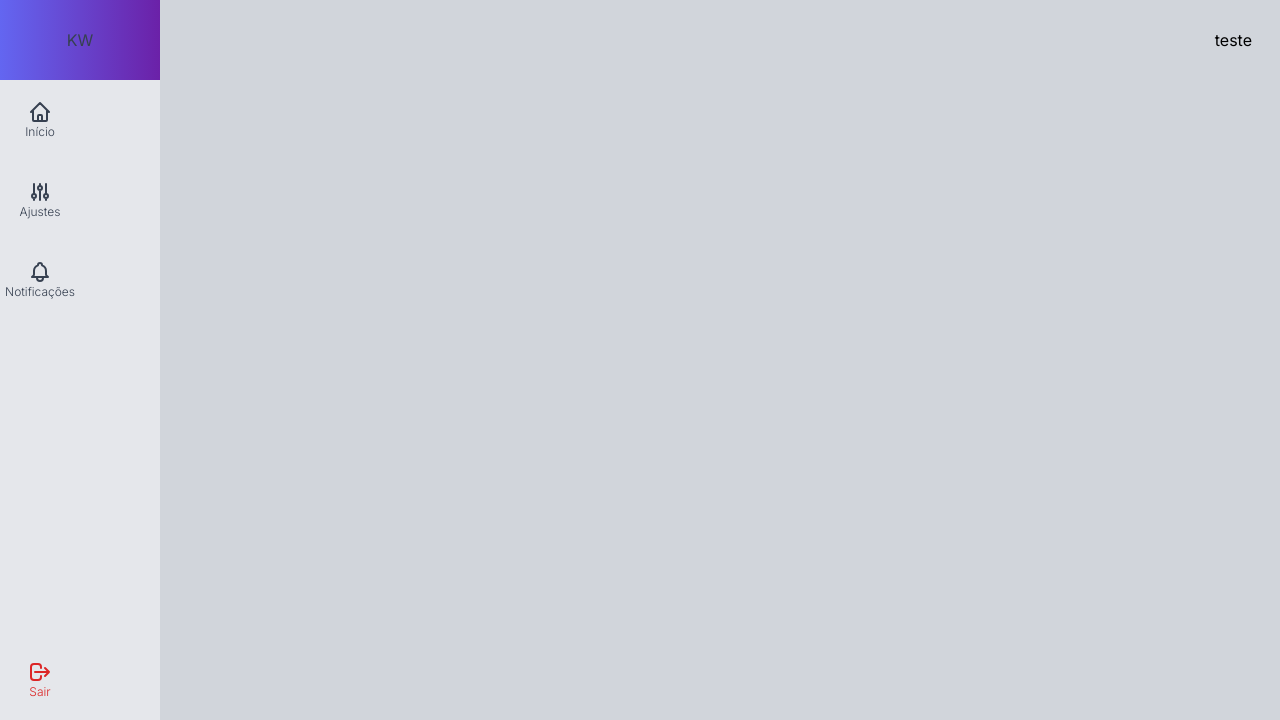
Repository: KennedyWanderson/AdminDashboard
Page: / (app in Code/admindashboard/)
An editor plug-in stored every save of this project. The page is shown before and after the next save, followed by the edit.
The browser window is 1280 px wide. The pictures show the whole page.
The project was rebuilt for these pictures with package versions that can differ from the ones it lists, and the page was loaded fresh each time. The framework's server and built-in components were replaced by stand-ins that run in the browser. Also part of the build but not shown: Code/admindashboard/next.config.mjs.

Above is the page before, as saved 2024-06-16 16:08:47.

### Code/admindashboard/src/app/layout.js
import { Inter } from "next/font/google";
import "./globals.css";

const inter = Inter({ subsets: ["latin"] });

export const metadata = {
  title: "Admin Dashboard",
  description: "Generated by Kennedy Wanderson",
};

export default function RootLayout({ children }) {
  return (
    <html lang="en">
      <body className={inter.className}>{children}</body>
    </html>
  );
}

### Code/admindashboard/src/app/page.js
import Layout from "@/components/Layout";

export default function Home() {
  return (
    <Layout>
      Content
    </Layout>
  )
}

### Code/admindashboard/src/components/Layout.jsx
import Header from "./Header";
import LateralMenu from "./LateralMenu";


export default function Layout() {

    return (

            <div className={` flex h-screen w-screen`}>
                <LateralMenu />
                <div className={`
                flex flex-col w-full p-7
                bg-gray-300 dark:bg-gray-800
            `}>
                <Header />

                </div>
            </div>
    )
}

### Code/admindashboard/src/components/Header.jsx

import { IconeAtencao } from './icons'



export default function Header({ titulo, subtitulo }) {


    return (
        <div className={`flex`}>
            <div>
                <h1 className={`
                font-black text-3xl
                text-gray-900 dark:text-gray-100
            `}>
                    {titulo}
                </h1>
                <h2 className={`
                font-light text-sm
                dark:text-gray-300
            `}>
                    {subtitulo}
                </h2>
            </div>
            <div className={`flex flex-grow justify-end items-center`}>
                teste
            </div>
        </div>
    )
}

### Code/admindashboard/src/components/LateralMenu.jsx
import MenuItem from "./ItemMenu";
import { IconeAjustes, IconeCasa, IconeSair, IconeSino } from "./icons"




export default function LateralMenu() {


    return (
        <aside className={`
            flex flex-col
            bg-gray-200 text-gray-700
            dark:bg-gray-900
        `}>
            <div className={`
                flex flex-col items-center justify-center
                bg-gradient-to-r from-indigo-500 to-purple-800
                h-20 w-40
            `}>
                KW
            </div>
            <ul className="flex-grow">
                <MenuItem url="/" texto="Início" icone={IconeCasa} />
                <MenuItem url="/ajustes" texto="Ajustes" icone={IconeAjustes} />
                <MenuItem url="/notificacoes" texto="Notificações" icone={IconeSino} />
            </ul>
            <ul>
                <MenuItem
                    texto="Sair" icone={IconeSair}
                    className={`
                        text-red-600 dark:text-red-400
                        hover:bg-red-400 hover:text-white
                        dark:hover:text-white
                    `}
                />
            </ul>
        </aside>
    )
}

### Code/admindashboard/src/components/icons/index.jsx
// Pra mais icones acessar... https://heroicons.com/

export const IconeCasa = (
    <svg xmlns="http://www.w3.org/2000/svg" className="h-6 w-6" fill="none" viewBox="0 0 24 24" stroke="currentColor">
        <path strokeLinecap="round" strokeLinejoin="round" strokeWidth={2} d="M3 12l2-2m0 0l7-7 7 7M5 10v10a1 1 0 001 1h3m10-11l2 2m-2-2v10a1 1 0 01-1 1h-3m-6 0a1 1 0 001-1v-4a1 1 0 011-1h2a1 1 0 011 1v4a1 1 0 001 1m-6 0h6" />
    </svg>
)

export const IconeAjustes = (
    <svg xmlns="http://www.w3.org/2000/svg" className="h-6 w-6" fill="none" viewBox="0 0 24 24" stroke="currentColor">
        <path strokeLinecap="round" strokeLinejoin="round" strokeWidth={2} d="M12 6V4m0 2a2 2 0 100 4m0-4a2 2 0 110 4m-6 8a2 2 0 100-4m0 4a2 2 0 110-4m0 4v2m0-6V4m6 6v10m6-2a2 2 0 100-4m0 4a2 2 0 110-4m0 4v2m0-6V4" />
    </svg>
)

export const IconeSino = (
    <svg xmlns="http://www.w3.org/2000/svg" className="h-6 w-6" fill="none" viewBox="0 0 24 24" stroke="currentColor">
        <path strokeLinecap="round" strokeLinejoin="round" strokeWidth={2} d="M15 17h5l-1.405-1.405A2.032 2.032 0 0118 14.158V11a6.002 6.002 0 00-4-5.659V5a2 2 0 10-4 0v.341C7.67 6.165 6 8.388 6 11v3.159c0 .538-.214 1.055-.595 1.436L4 17h5m6 0v1a3 3 0 11-6 0v-1m6 0H9" />
    </svg>
)

export const IconeSair = (
    <svg xmlns="http://www.w3.org/2000/svg" className="h-6 w-6" fill="none" viewBox="0 0 24 24" stroke="currentColor">
        <path strokeLinecap="round" strokeLinejoin="round" strokeWidth={2} d="M17 16l4-4m0 0l-4-4m4 4H7m6 4v1a3 3 0 01-3 3H6a3 3 0 01-3-3V7a3 3 0 013-3h4a3 3 0 013 3v1" />
    </svg>
)

export const IconeSol = (tamanho = 6) => (
    <svg xmlns="http://www.w3.org/2000/svg" className={`h-${tamanho} w-${tamanho}`} fill="none" viewBox="0 0 24 24" stroke="currentColor">
        <path strokeLinecap="round" strokeLinejoin="round" strokeWidth={2} d="M12 3v1m0 16v1m9-9h-1M4 12H3m15.364 6.364l-.707-.707M6.343 6.343l-.707-.707m12.728 0l-.707.707M6.343 17.657l-.707.707M16 12a4 4 0 11-8 0 4 4 0 018 0z" />
    </svg>
)

export const IconeLua = (tamanho = 6) => (
    <svg xmlns="http://www.w3.org/2000/svg" className={`h-${tamanho} w-${tamanho}`} fill="none" viewBox="0 0 24 24" stroke="currentColor">
        <path strokeLinecap="round" strokeLinejoin="round" strokeWidth={2} d="M20.354 15.354A9 9 0 018.646 3.646 9.003 9.003 0 0012 21a9.003 9.003 0 008.354-5.646z" />
    </svg>
)

export const IconeAtencao = (tamanho = 1) => (
    <svg xmlns="http://www.w3.org/2000/svg" className={`h-${tamanho} w-${tamanho}`} fill="none" viewBox="0 0 24 24" stroke="currentColor">
        <path strokeLinecap="round" strokeLinejoin="round" strokeWidth={2} d="M12 9v2m0 4h.01m-6.938 4h13.856c1.54 0 2.502-1.667 1.732-3L13.732 4c-.77-1.333-2.694-1.333-3.464 0L3.34 16c-.77 1.333.192 3 1.732 3z" />
    </svg>
)

### Code/admindashboard/src/components/ItemMenu.jsx

export default function MenuItem({ texto, icone, url, className, onClick }) {
    function renderizarLink() {
        return (
            <div className={`
                flex flex-col justify-center items-center
                h-20 w-20
                dark:text-gray-200
                ${className}
            `}>
                {icone}
                <span className="text-xs font-light">
                    {texto}
                </span>
            </div>
        );
    }

    return (
        <li
            onClick={onClick}
            className={`
                hover:bg-gray-100 dark:hover:bg-gray-800
                cursor-pointer
            `}
        >
            {url ? (
                <a href={url}>
                    {renderizarLink()}
                </a>
            ) : (
                renderizarLink()
            )}
        </li>
    );
}

Loaded but not shown: Code/admindashboard/src/app/globals.css (common file); Code/admindashboard/tailwind.config.js (common file)

After the next save:
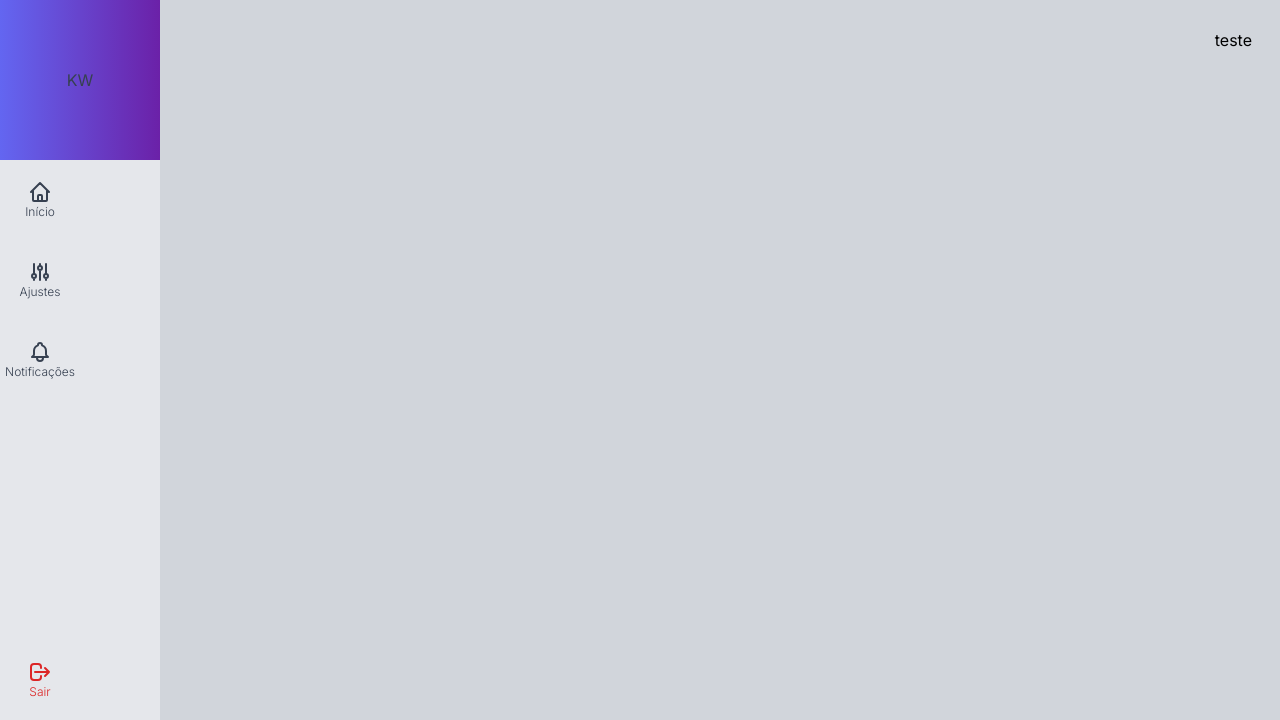
Saved 7 s later.
--- a/Code/admindashboard/src/components/LateralMenu.jsx
+++ b/Code/admindashboard/src/components/LateralMenu.jsx
@@ -16,7 +16,7 @@ export default function LateralMenu() {
             <div className={`
                 flex flex-col items-center justify-center
                 bg-gradient-to-r from-indigo-500 to-purple-800
-                h-20 w-40
+                h-40 w-40
             `}>
                 KW
             </div>
